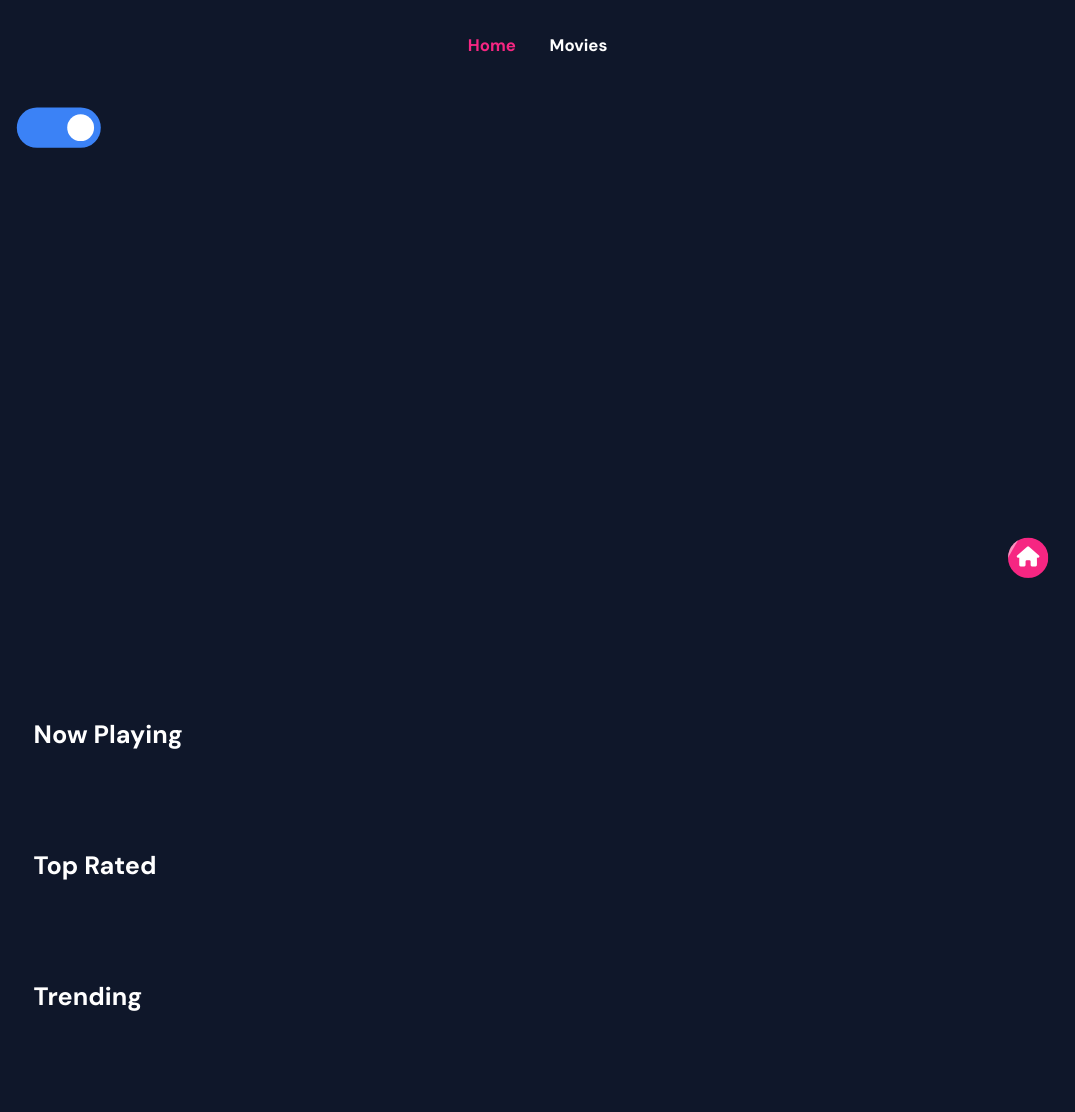
Repository: Linhyum/react-simple-movie
Page: /
An editor plug-in stored every save of this project. The page is shown before and after the next save, followed by the edit.
The browser window is 1280 px wide. The pictures show the whole page, at 84% of full size.
The page's requests for data from a server got no answer. The project was rebuilt for these pictures with package versions that can differ from the ones it lists, and the page was loaded fresh each time. No one was signed in, and anything a server would have sent is missing. Also part of the build but not shown: src/components/button/Button.js, src/components/movie/MovieCard.js.

Above is the page before, as saved 2023-04-02 17:30:06.

After the next save:
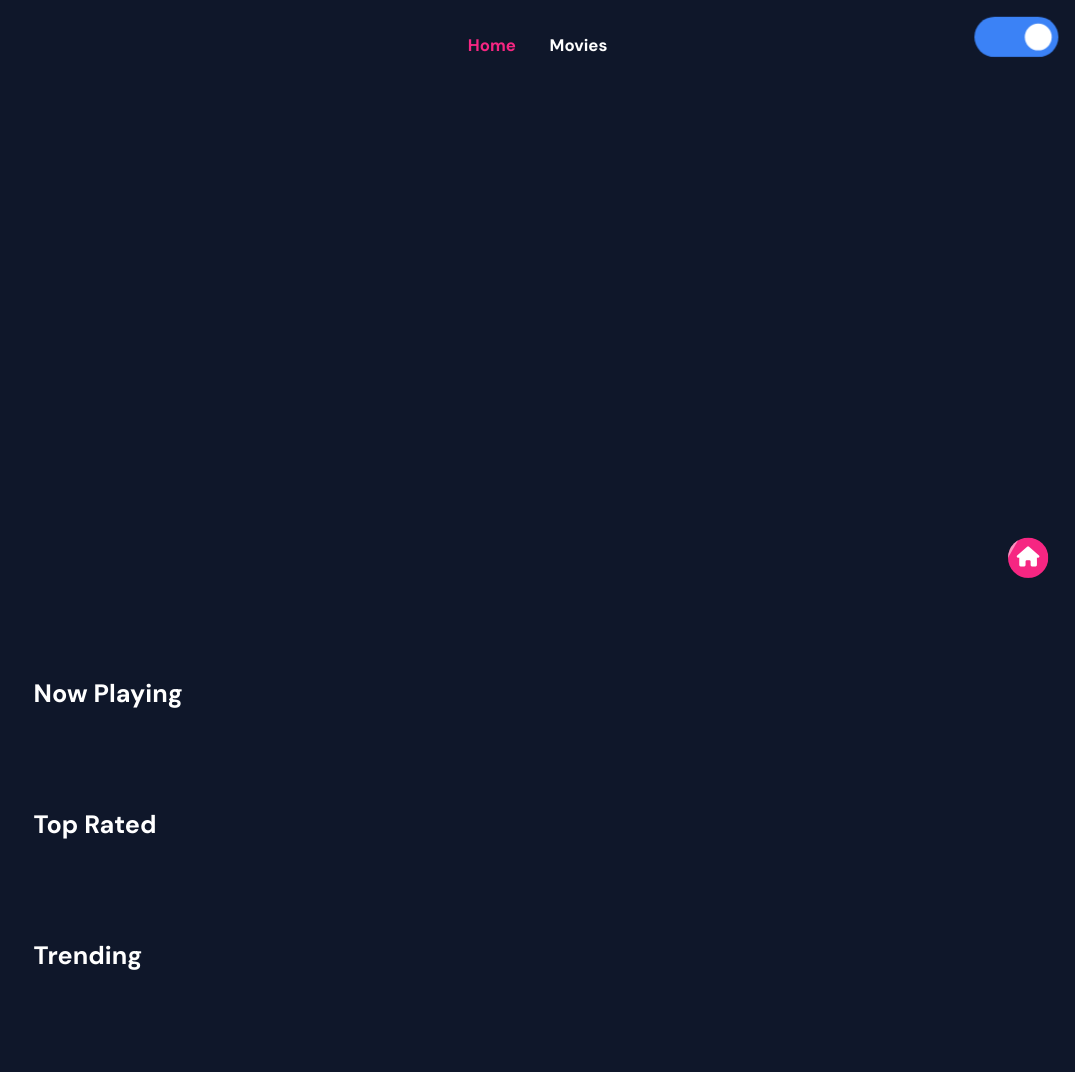
Saved 20 s later.
--- a/src/components/layout/Header.js
+++ b/src/components/layout/Header.js
@@ -23,7 +23,7 @@ const Header = () => {
                 <i class="fa-solid fa-house"></i>
             </button>
 
-            <label className="cursor-pointer">
+            <label className="cursor-pointer fixed top-5 right-5 z-50">
                 <input type="checkbox" name="" id="" className="hidden" />
                 <span className="rounded-full w-[100px] bg-blue-500 p-2 inline-block h-12">
                     <span className="inline-block w-8 h-8 bg-white rounded-full translate-x-[52px]"></span>
